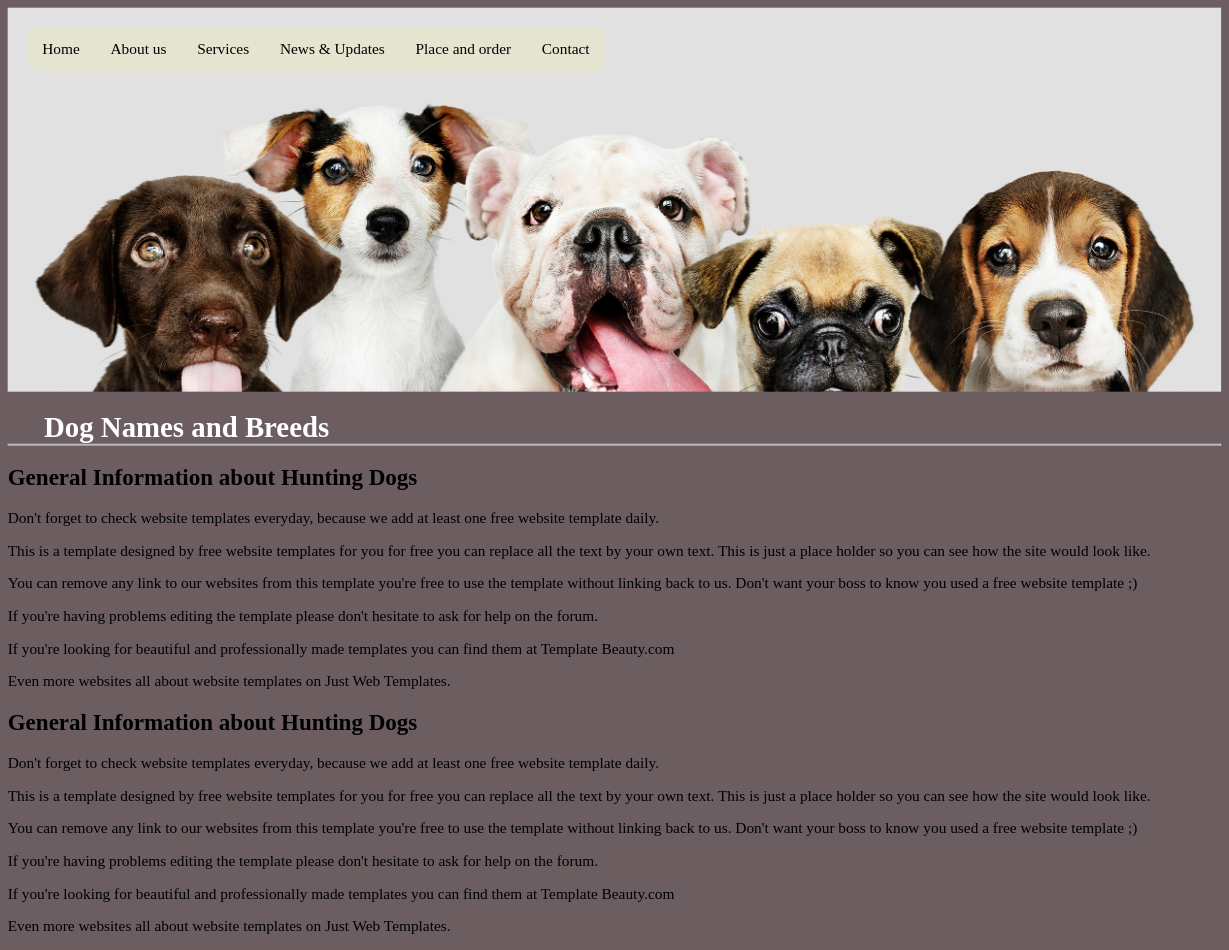
Repository: Tayma-Kazmouz/labwork
Page: index.html
These files come from the project's save history. The page is drawn as it stood at one moment and after the next save; the edit follows.
The browser window is 1280 px wide. The pictures show the whole page, at 96% of full size.

Above is the page before, as saved 2022-04-04 16:39:22.

### index.html
<!DOCTYPE html>
<html lang="en">
<head>
    <meta charset="UTF-8">
    <meta http-equiv="X-UA-Compatible" content="IE=edge">
    <meta name="viewport" content="width=device-width, initial-scale=1.0">
    <title>LabWork1</title>
    <link rel="stylesheet" href="styles.css">
</head>
<body>
    <div class="banner">
          <div class="nav">
            <ul>
                <li><a class="active" href="#">Home</a></li>
                <li><a href="#">About us</a></li>
                <li><a href="#">Services</a></li>
                <li><a href="#">News & Updates</a></li>
                <li><a href="#">Place and order</a></li>
                <li><a href="#">Contact</a></li>
            </ul>
        </div>
      </div>
      <h1>Dog Names and Breeds</h1>
      <hr style="margin-top: 0px;">
      <div class="container-one">

          <h2>General Information about Hunting Dogs</h2>
          <p>Don't forget to check website templates everyday, because we add at least one free website template daily.</p>
          <p>This is a template designed by free website templates for you for free you can replace all the text by your own text. This is just a place holder so you can see how the site would look like.</p>
          <p>You can remove any link to our websites from this template you're free to use the template without linking back to us. Don't want your boss to know you used a free website template ;)</p>
          <p>If you're having problems editing the template please don't hesitate to ask for help on the forum.</p>
          <p>If you're looking for beautiful and professionally made templates you can find them at Template Beauty.com</p>
          <p>Even more websites all about website templates on Just Web Templates.</p>

          <h2>General Information about Hunting Dogs</h2>
          <p>Don't forget to check website templates everyday, because we add at least one free website template daily.</p>
          <p>This is a template designed by free website templates for you for free you can replace all the text by your own text. This is just a place holder so you can see how the site would look like.</p>
          <p>You can remove any link to our websites from this template you're free to use the template without linking back to us. Don't want your boss to know you used a free website template ;)</p>
          <p>If you're having problems editing the template please don't hesitate to ask for help on the forum.</p>
          <p>If you're looking for beautiful and professionally made templates you can find them at Template Beauty.com</p>
          <p>Even more websites all about website templates on Just Web Templates.</p>
      </div>
</body>
</html>

### styles.css
body{
    background-color: rgb(107, 93, 96);
}

.banner{
    background-image: url(images/banner.jpg);
    height: 400px;
    position: relative;
    background-position: center;
    background-repeat: no-repeat;
    background-size: cover;
}

.nav{
    background-color: rgb(228, 228, 208);
    border-radius: 10px;
    width: auto;
    position: absolute;
    margin: 20px;
}
ul {
    list-style-type: none;
    margin: 0;
    padding: 0;
    overflow: hidden;
  }

  li {
    float: left;
  }

  li a {
    display: block;
    color: black;
    text-align: center;
    padding: 14px 16px;
    text-decoration: none;
  }

h1{
    color: white;
    font-weight: 600px;
    font-size: 30px;
    margin-bottom: 0;
    margin-left: 3%;
}

After the next save:
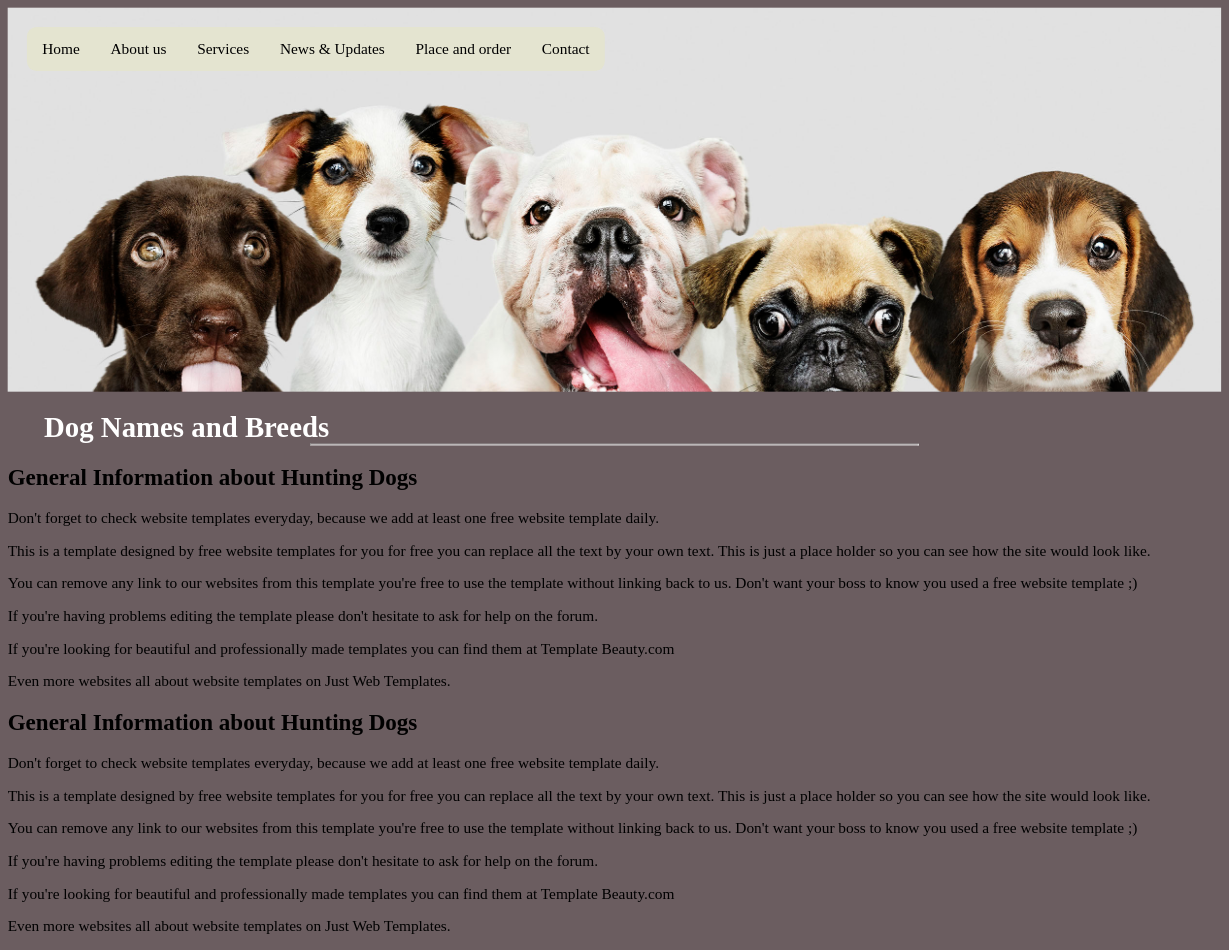
Saved 26 s later.
--- a/index.html
+++ b/index.html
@@ -21,7 +21,7 @@
         </div>
       </div>
       <h1>Dog Names and Breeds</h1>
-      <hr style="margin-top: 0px;">
+      <hr style="margin-top: 0px; width: 50%;">
       <div class="container-one">
 
           <h2>General Information about Hunting Dogs</h2>
